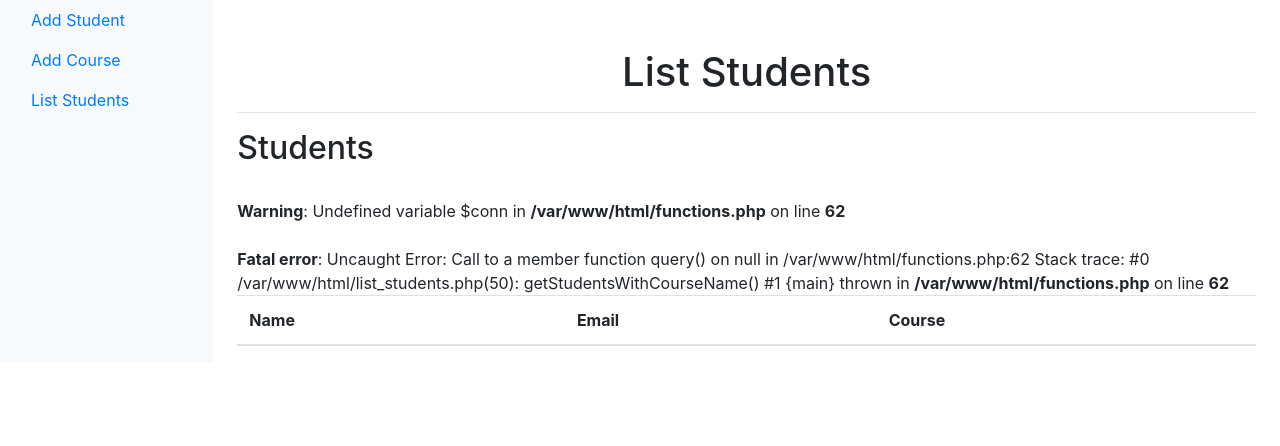
Repository: bigbodhiacademy/gBoard
Page: http://localhost/list_students.php
These files come from the project's save history. The page is drawn as it stood at one moment and after the next save; the edit follows.
The browser window is 1280 px wide. The pictures show the whole page.
The page is run by PHP 8.4 with error messages shown; the project is at /var/www/html/. The database holds what the project's SQL file puts in it.

Above is the page before, as saved 2023-04-20 13:44:19.

### list_students.php
<!DOCTYPE html>
<html lang="en">
<head>
  <meta charset="UTF-8">
  <meta name="viewport" content="width=device-width, initial-scale=1.0">
  <title>List Students</title>
  <!-- Add Bootstrap and other necessary files here -->
  <link rel="stylesheet" href="https://maxcdn.bootstrapcdn.com/bootstrap/4.5.2/css/bootstrap.min.css">
  <script src="https://ajax.googleapis.com/ajax/libs/jquery/3.5.1/jquery.min.js"></script>
  <script src="https://cdnjs.cloudflare.com/ajax/libs/popper.js/1.16.0/umd/popper.min.js"></script>
  <link rel="stylesheet" href="https://maxcdn.bootstrapcdn.com/bootstrap/4.5.2/css/bootstrap.min.css">
</head>
<body>
  <div class="container-fluid">
    <div class="row">
      <!-- Side Navbar -->
      <nav class="col-md-2 d-none d-md-block bg-light sidebar">
        <div class="sidebar-sticky">
          <ul class="nav flex-column">
            <li class="nav-item">
              <a class="nav-link" href="index.php">Add Student</a>
            </li>
            <li class="nav-item">
              <a class="nav-link" href="add_course.php">Add Course</a>
            </li>
            <li class="nav-item">
              <a class="nav-link" href="list_students.php">List Students</a>
            </li>
          </ul>
        </div>
      </nav>

      <!-- Main Content -->
      <main role="main" class="col-md-9 ml-sm-auto col-lg-10 px-4">
        <h1 class="text-center mt-5">List Students</h1>
        <hr>

        <h2>Students</h2>
        <table class="table table-striped">
          <thead>
            <tr>
              <th>Name</th>
              <th>Email</th>
              <th>Course</th>
            </tr>
          </thead>
          <tbody>
            <?php
            include 'functions.php';
            $students = getStudentsWithCourseName();
            foreach ($students as $student) {
              echo '<tr>';
              echo '<td>' . $student['name'] . '</td>';
              echo '<td>' . $student['email'] . '</td>';
              echo '<td>' . $student['course_name'] . '</td>';
              echo '</tr>';
            }
            ?>
          </tbody>
        </table>
      </main>
    </div>
  </div>
</body>
</html>

### functions.php
<?php
include 'db_connection.php';

function addStudent($name, $email, $course_id) {
  global $conn;

  $stmt = $conn->prepare("INSERT INTO students (name, email, course_id) VALUES (?, ?, ?)");
  $stmt->bind_param("ssi", $name, $email, $course_id);

  return $stmt->execute();
}

function editStudent($id, $name, $email, $course_id) {
  global $conn;

  $stmt = $conn->prepare("UPDATE students SET name = ?, email = ?, course_id = ? WHERE id = ?");
  $stmt->bind_param("ssii", $name, $email, $course_id, $id);

  return $stmt->execute();
}

function deleteStudent($id) {
  global $conn;

  $stmt = $conn->prepare("DELETE FROM students WHERE id = ?");
  $stmt->bind_param("i", $id);

  return $stmt->execute();
}

function addCourse($name, $description, $date_added) {
  global $conn;

  $stmt = $conn->prepare("INSERT INTO courses (name, description, date_added) VALUES (?, ?, ?)");
  $stmt->bind_param("sss", $name, $description, $date_added);

  return $stmt->execute();
}

function getStudents() {
  global $conn;

  $result = $conn->query("SELECT * FROM students");
  return $result->fetch_all(MYSQLI_ASSOC);
}

function getCourses() {
  global $conn;

  $result = $conn->query("SELECT * FROM courses");
  return $result->fetch_all(MYSQLI_ASSOC);
}

function getStudentsWithCourseName() {
  $students = array();
  //$conn = getConnection();

  $sql = "SELECT students.id, students.name, students.email, courses.name as course_name
          FROM students
          INNER JOIN courses ON students.course_id = courses.id";

  $result = $conn->query($sql);

  if ($result->num_rows > 0) {
    while ($row = $result->fetch_assoc()) {
      $students[] = $row;
    }
  }
  $conn->close();

  return $students;
}

?>

### db_connection.php
<?php
$servername = "localhost"; // Replace with your MySQL server address if it's not "localhost"
$username = "root"; // Replace with your MySQL username
$password = ""; // Replace with your MySQL password
$dbname = "leaderboard4";

// Create connection
$conn = new mysqli($servername, $username, $password, $dbname);

// Check connection
if ($conn->connect_error) {
  die("Connection failed: " . $conn->connect_error);
}
?>

### leaderboard4.sql (the tables this page reads)
CREATE TABLE `courses` (
  `id` int(11) NOT NULL,
  `name` varchar(255) NOT NULL,
  `description` text NOT NULL,
  `date_added` date NOT NULL
) ENGINE=InnoDB DEFAULT CHARSET=utf8mb4;

INSERT INTO `courses` (`id`, `name`, `description`, `date_added`) VALUES
(1, 'Python 1', 'Core Python ', '2023-04-20'),
(2, 'IoT', 'Internet', '2023-04-20'),
(3, 'IoT 2', 'Internet', '2023-04-20');

ALTER TABLE `courses`
  ADD PRIMARY KEY (`id`);

ALTER TABLE `courses`
  MODIFY `id` int(11) NOT NULL AUTO_INCREMENT, AUTO_INCREMENT=4;

CREATE TABLE `students` (
  `id` int(11) NOT NULL,
  `name` varchar(255) NOT NULL,
  `email` varchar(255) NOT NULL,
  `course_id` int(11) NOT NULL,
  `school_id` int(11) NOT NULL
) ENGINE=InnoDB DEFAULT CHARSET=utf8mb4;

INSERT INTO `students` (`id`, `name`, `email`, `course_id`, `school_id`) VALUES
(19, 'dinesh', 'eng@gm', 1, 2),
(23, 'Guru', 'DFI@jf', 2, 1),
(24, 'ram', 'sde@gsh', 1, 1),
(25, 'john', 'hhui@ggjlk', 1, 1);

ALTER TABLE `students`
  ADD PRIMARY KEY (`id`),
  ADD KEY `course_id` (`course_id`),
  ADD KEY `school_id` (`school_id`);

ALTER TABLE `students`
  MODIFY `id` int(11) NOT NULL AUTO_INCREMENT, AUTO_INCREMENT=26;

ALTER TABLE `students`
  ADD CONSTRAINT `students_ibfk_1` FOREIGN KEY (`course_id`) REFERENCES `courses` (`id`),
  ADD CONSTRAINT `students_ibfk_2` FOREIGN KEY (`school_id`) REFERENCES `schools` (`id`);

After the next save:
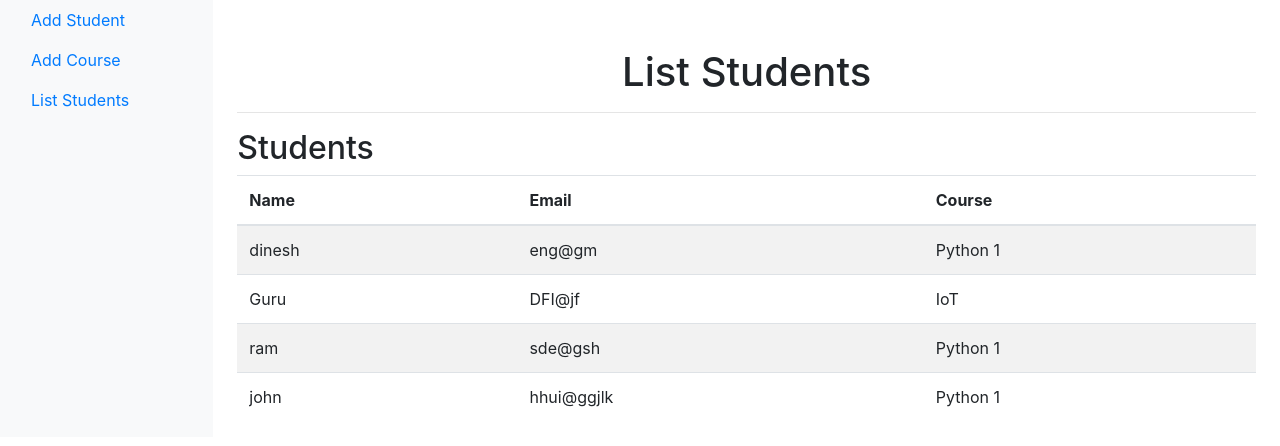
Saved 16 s later.
--- a/functions.php
+++ b/functions.php
@@ -54,6 +54,7 @@ function getCourses() {
 function getStudentsWithCourseName() {
   $students = array();
   //$conn = getConnection();
+  global $conn;
 
   $sql = "SELECT students.id, students.name, students.email, courses.name as course_name
           FROM students
